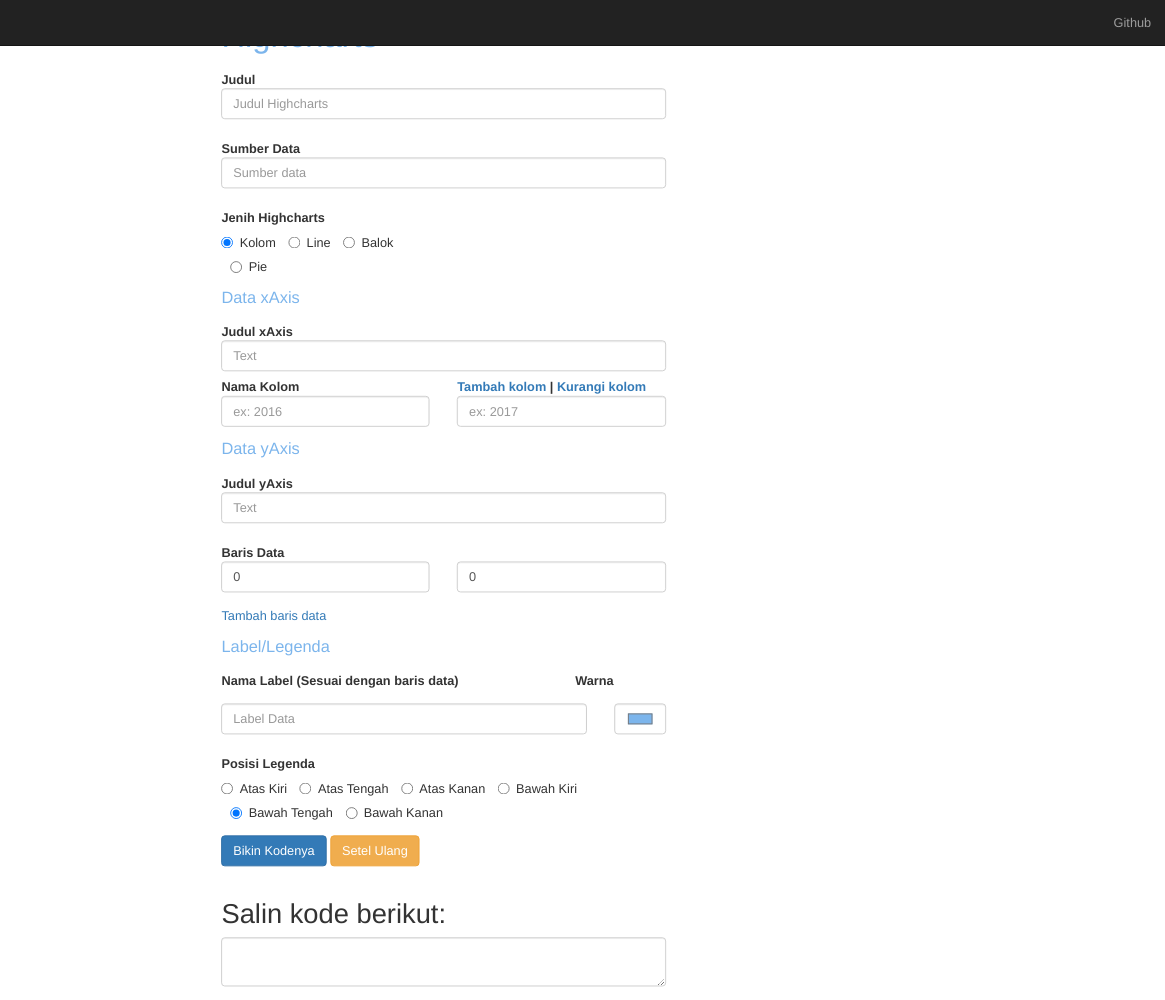
Repository: pt-kompas-media-nusantara/charts-generator
Page: index.html
The author's editor kept a record of every edit. The page is drawn from the files as they stood at one moment, then again after the next edit.
The browser window is 1280 px wide. The pictures show the whole page, at 91% of full size.
Some web libraries are served in a nearby version.

Above is the page before.

### index.html
<!DOCTYPE html>
<html>
    <head lang="en">
        <meta charset="utf-8">
        <meta name="viewport" content="width=device-width, initial-scale=1, maximum-scale=1, user-scalable=no">
        <meta http-equiv="X-UA-Compatible" content="IE=edge">
        <meta name="description" content="Penghasil bagan untuk editor Desk Multimedia Harian Kompas - Chart generator for multimedia editors of Kompas Daily, Indonesia">
        <meta name="author" content="Yosef Yudha Wijaya - https://github.com/gajayana">
        <title>Penghasil Bagan - Balok</title>
        <link rel="stylesheet" href="https://maxcdn.bootstrapcdn.com/bootstrap/3.3.5/css/bootstrap.min.css">
        <link rel="stylesheet" href="css/style.css">
        <script src="https://code.highcharts.com/highcharts.js"></script>
        <!--<script src="js/jscolor.js"></script>-->
    </head>
    <body>
        <nav class="navbar navbar-inverse navbar-fixed-top">
            <div class="container-fluid">
                <div id="navbar" class="navbar-collapse collapse">
                <ul class="nav navbar-nav navbar-right">
                    <li><a href="https://github.com/harian-kompas/chart-generator" target="_blank">Github</a></li>
                </ul>
                </div>
            </div>
        </nav>
        <div id="bar-chart" class="container-fluid">
            <div class="row">
                <div class="col-sm-10 col-sm-offset-3 col-md-10 col-md-offset-2 main">
                    <div class="col-md-12 col-sm-12">
                        <h1>Highcharts</h1>
                        <!--<h2 style="color: red; font-size: 14px;">Ada Bug di seksi custom legend, Sabar ya</h2>-->
                    </div>
                <div class="col-md-6 col-sm-6">
                    <form class="form-horizontal" id="proses-form">
                        <div class="form-group">
                            <div class="col-md-12 col-sm-12">
                                <label for="chart-title" class="control-label">Judul</label>
                                <input id="chart-title" name="chart-title" placeholder="Judul Highcharts" maxlength="100" class="form-control">
                            </div>
                        </div>
                        <div class="form-group">
                            <div class="col-md-12 col-sm-12">
                                <label for="chart-data-source" class="control-label">Sumber Data</label>
                                <input id="chart-data-source" name="chart-data-source" placeholder="Sumber data" maxlength="100" class="form-control">
                            </div>
                        </div>
                        <div class="form-group">
                            <div class="col-md-6 col-sm-6 col-xs-6">
                                <label class="control-label">Jenih Highcharts</label>
                                <div>
                                    <label class="radio-inline">
                                        <input type="radio" name="jenis" value="column" checked="checked">Kolom
                                    </label>
                                    <label class="radio-inline">
                                        <input type="radio" name="jenis" value="line">Line
                                    </label>
                                    <label class="radio-inline">
                                        <input type="radio" name="jenis" value="bar">Balok
                                    </label>
                                    <label class="radio-inline">
                                        <input type="radio" name="jenis" value="pie">Pie
                                    </label>
                                </div>
                            </div>
                        </div>
                        <h4>Data xAxis</h4>
                        <div id="table-column" class="form-group">
                            <div class="col-md-12 col-sm-12">
                                <label class="control-label">Judul xAxis</label>
                                <input type="text" maxlength="25" class="form-control" id="judul_kolom" placeholder="Text" maxlength="100">
                            </div>
                            <div class="col-md-6 col-sm-6 col-xs-6">
                                <label class="control-label">Nama Kolom</label>
                            </div>
                            <div class="col-md-6 col-sm-6 col-xs-6 txt-right">
                                <label class="control-label"> <a id="btn-add-table-column" href="#">Tambah kolom</a>&nbsp;|&nbsp;<a id="btn-remove-table-column" href="#">Kurangi kolom</a></label>
                            </div>
                            <div class="col-flexible col-md-6 col-sm-6 col-xs-6">
                                <input type="text" maxlength="25" class="form-control table-column-names" placeholder="ex: 2016">
                            </div>
                            <div class="col-flexible col-md-6 col-sm-6 col-xs-6">
                                <input type="text" maxlength="25" class="form-control table-column-names" placeholder="ex: 2017">
                            </div>
                        </div>
                        <h4>Data yAxis</h4>
                        <div class="form-group">
                            <div class="col-md-12 col-sm-12">
                                <label class="control-label">Judul yAxis</label>
                                <input type="text" maxlength="25" class="form-control" id="judul_baris" placeholder="Text" maxlength="100">
                            </div>
                        </div>
                        <label class="control-label">Baris Data</label>
                        <div class="table-rows form-group series-content" id="table-row-length">
                            <div class="col-flexible col-md-6 col-sm-6 col-xs-6">
                                <input type="text" placeholder="Data/Angka" maxlength="25" class="form-control table-rows-input" value="0">
                            </div>
                            <div class="col-flexible col-md-6 col-sm-6 col-xs-6">
                                <input type="text" placeholder="Data/Angka" maxlength="25" class="form-control table-rows-input" value="0">
                            </div>
                        </div>
                        <div id="new-table-row"></div>
                        <div class="form-group">
                            <div class="col-md-12 col-sm-12 col-xs-12 txt-right"><a id="btn-add-table-row" href="#">Tambah baris data</a></div>
                        </div>
                        <h4>Label/Legenda</h4>
                        <div class="form-group">
                            <div class="col-md-9 col-sm-9 col-xs-9">
                                <label class="control-label">Nama Label (Sesuai dengan baris data)</label>
                            </div>
                            <div class="col-md-3 col-sm-3 col-xs-3">
                                <label class="control-label">Warna</label>
                            </div>

                        </div>

                        <div class="form-group legend-content" id="legend-row">
                            <div class="col-flexible col-md-10 col-sm-10 col-xs-10">
                                <input type="text" placeholder="Label Data" maxlength="25" class="form-control legend-name">
                            </div>
                            <div class="col-flexible col-md-2 col-sm-2 col-xs-2">
                                <input class="form-control jscolor" placeholder="Warna" type="color" value="#7cb5ec">
                            </div>
                        </div>
                        <div id="new-new"></div>
                        <div class="form-group">
                            <div class="col-md-12col-sm-12 col-xs-12">
                                <label class="control-label">Posisi Legenda</label>
                                <div>
                                    <label class="radio-inline">
                                        <input type="radio" name="posisilegend" value="ataskiri">Atas Kiri
                                    </label>
                                    <label class="radio-inline">
                                        <input type="radio" name="posisilegend" value="atastengah">Atas Tengah
                                    </label>
                                    <label class="radio-inline">
                                        <input type="radio" name="posisilegend" value="ataskanan">Atas Kanan
                                    </label>
                                    <label class="radio-inline">
                                        <input type="radio" name="posisilegend" value="bawahkiri">Bawah Kiri
                                    </label>
                                    <label class="radio-inline">
                                        <input type="radio" name="posisilegend" value="bawahtengah" checked="checked">Bawah Tengah
                                    </label>
                                    <label class="radio-inline">
                                        <input type="radio" name="posisilegend" value="bawahkanan">Bawah Kanan
                                    </label>
                                </div>
                            </div>
                        </div>
                        <div class="form-group">
                            <div class="col-md-12 col-sm-12 col-xs-12 txt-right">
                                <button id="btn-submit" type="submit" class="btn btn-primary">Bikin Kodenya</button>
                                <button type="reset" class="btn btn-warning">Setel Ulang</button>
                            </div>
                        </div>
                        <div class="form-group">
                            <div class="col-md-12 col-sm-12 col-xs-12">
                                <h2>Salin kode berikut:</h2>
                            </div>
                            <div class="col-md-12 col-sm-12 col-xs-12">
                                <textarea id="chart-code" class="form-control"></textarea>
                            </div>
                        </div>
                    </form>
                </div>
                <div class="col-md-6 col-sm-6 sticky">
                    <div id="result"></div>
                    <p style="display: block; width:100%; font-size: 11px; color: #949494; padding:5px 0; margin:0;"></p>
                </div>
                </div>
            </div>
        </div>
        <script src="https://cdnjs.cloudflare.com/ajax/libs/jquery/3.2.1/jquery.js" type="text/javascript"></script>
        <script src="https://www.google.com/jsapi" type="text/javascript"></script>
        <script src="js/build-chart.js" type="text/javascript"></script>
    </body>
</html>

### css/style.css
h1, h4{
    color: #7cb5ec;
}
.container-custom{
    width: 1440px;
    margin: 0 auto;
}
.btn-absolute{
    position: absolute;
    z-index: 3;
}

h4 span{
    font-size: 16px;
    color: #000;
    font-weight: 300;
}
.nav-link img{
    width: 24px;
}
.nav-link{
    cursor: pointer;
}
.nav-link.active{
    background-color: #f8f9fa;
}
.check-status{
    display: none;
}
.check-status.active{
    display: block;
}

Loaded but not shown: js/build-chart.js (446 lines, source omitted)

After the next edit:
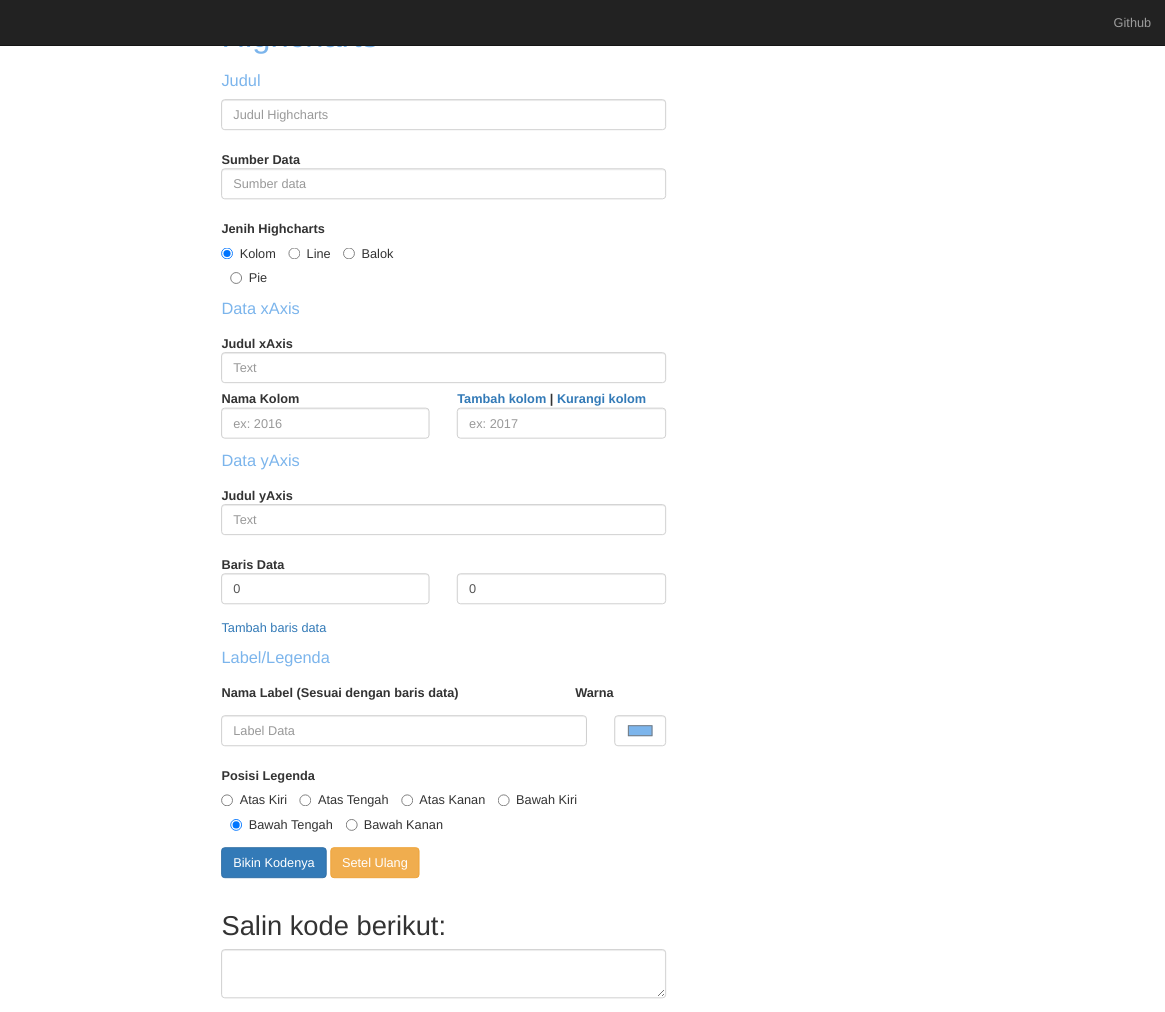
The edit:
--- a/index.html
+++ b/index.html
@@ -33,7 +33,7 @@
                     <form class="form-horizontal" id="proses-form">
                         <div class="form-group">
                             <div class="col-md-12 col-sm-12">
-                                <label for="chart-title" class="control-label">Judul</label>
+                                <h4>Judul</h4>
                                 <input id="chart-title" name="chart-title" placeholder="Judul Highcharts" maxlength="100" class="form-control">
                             </div>
                         </div>
